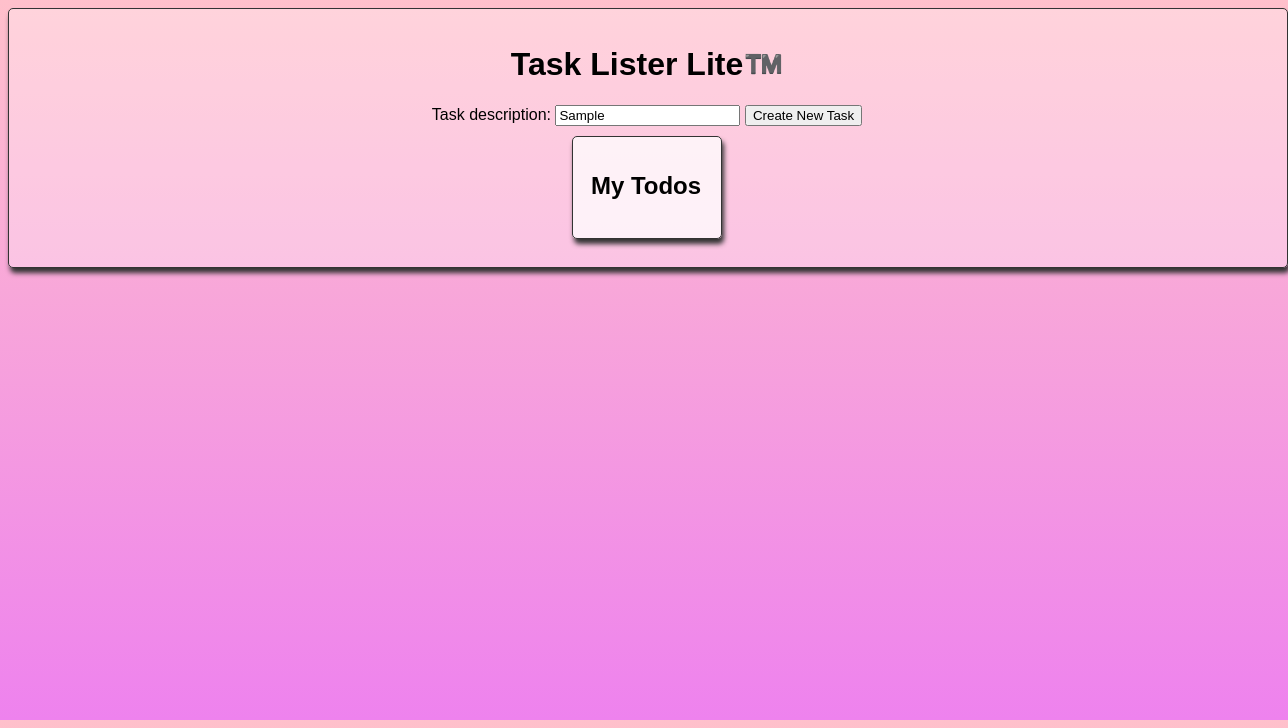
Repository: learn-co-students/jsdom-task-lister-lite-onl01-seng-pt-012120
Page: index.html
The author's editor kept a copy of each file at every save. The page is drawn from the files as they stood at one save, then again after the next save.
The browser window is 1280 px wide. The page is 1288 px wide, so the pictures cover 1288 px, including what lies to the right of the window. The pictures show the whole page.
Empty fields were first filled with sample values (such as "Sample", 5 or name@example.com).
After loading, the first visible `#create-task-form` was submitted once.

Above is the page before, as saved 2020-07-28 13:08:52.
Console error: ReferenceError: taskUl is not defined

### index.html
<!DOCTYPE HTML>
<html lang="en">
<head>
  <meta charset="UTF-8">
  <title>Flatiron Task Lister</title>
  <link rel="stylesheet" href="./style.css">
</head>
<body>
  <div id="main-content">
    <h1>Task Lister Lite™️</h1>

    <form id="create-task-form" action="#" method="post">
      <label for="new-task-description">Task description:</label>
      <input type="text" id="new-task-description" name="new-task-description" placeholder="description">
      <input type="submit" value="Create New Task">
    </form>

    <div id="list">
      <h2>My Todos</h2>
      <ul id="tasks">
      </ul>
    </div>

    <script src="./src/index.js"></script>
  </div>

</body>
</html>

### style.css
html {
  height: 100%;
  width: 100%;
  font-family: "Titillium Web", sans-serif;
}

body {
  min-height: 100%;
  min-width: 100%;
  background: linear-gradient(pink, violet);
}

button {
  font-size: 7px;
}

#main-content {
  position: relative;
  display: flex;
  justify-content: center;
  align-items: center;
  flex-direction: column;
  border: 1px solid #333;
  background: rgba(255, 255, 255, 0.3);
  padding: 15px 20px 18px 18px;
  border-radius: 5px;
  box-shadow: 2px 5px 5px #333;
}

#list {
  margin: 10px;
  border: 1px solid #333;
  background: rgba(255, 255, 255, 0.75);
  padding: 15px 20px 18px 18px;
  border-radius: 5px;
  box-shadow: 2px 5px 5px #333;
}

### src/index.js
document.addEventListener("DOMContentLoaded", () => {
  //list element of the document ~My ToDos~ When the document is created it creates a new list
  const taskList = [];
  //form element that will be listening to for the submit
  const tf = document.querySelector('#create-task-form');
  const td = document.querySelector('#new-task-description');

  const tasksUl = document.getElementById('tasks');


  /// cancel submit and get new task send it to function to add a list item
  tf.addEventListener('submit',  (e) => {
    e.preventDefault();
    debugger;
    addToDoTask(td.value);
    e.target.reset();
  });

  /// add task element ti the tasks table
  let addToDoTask = (task) => {
    if (task) {
      taskList.push('<li>' + task + ' <button data-description='+task+'> X </button>')
      taskUl.innerHTML = taskList.join("");
    };
  };

  // need event listener for the new x button to check task off
  tasksUl.addEventListener('click',  (e) => {
    if (e.target.nodeName === "BUTTON") {
      debugger;
    }



  });





});

After the next save:
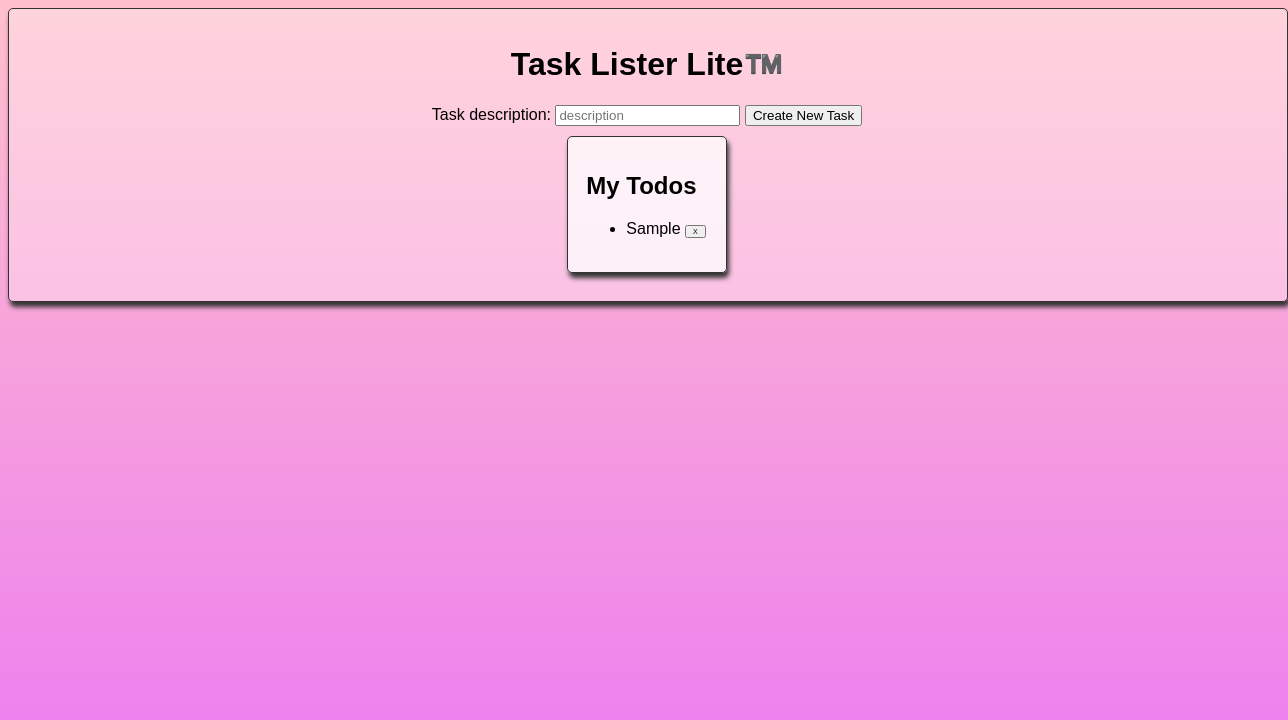
The error is gone.
Saved 55 s later.
--- a/src/index.js
+++ b/src/index.js
@@ -20,7 +20,7 @@ document.addEventListener("DOMContentLoaded", () => {
   let addToDoTask = (task) => {
     if (task) {
       taskList.push('<li>' + task + ' <button data-description='+task+'> X </button>')
-      taskUl.innerHTML = taskList.join("");
+      tasksUl.innerHTML = taskList.join("");
     };
   };
 
